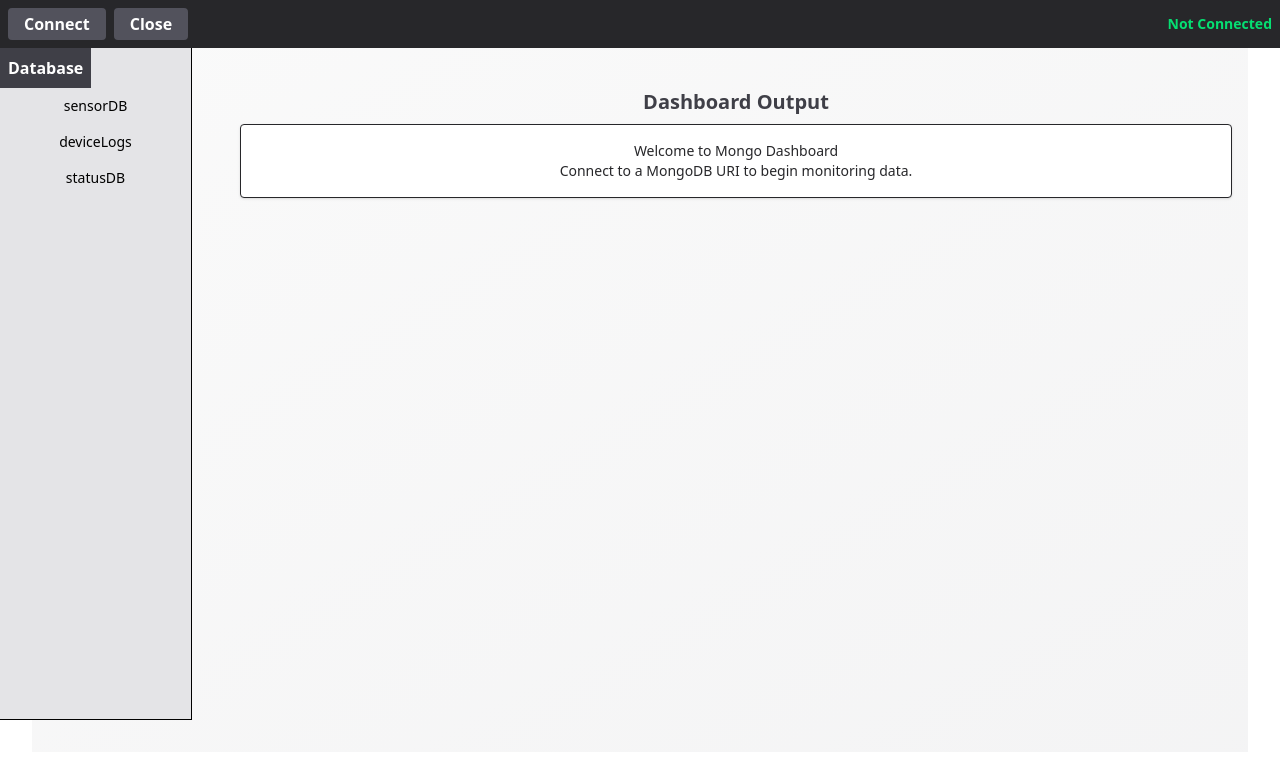
Repository: aryan151pratap/Dashboard
Page: / (app in frontened/)
These files come from the project's save history. The page is drawn as it stood at one moment and after the next save; the edit follows.
The browser window is 1280 px wide. The pictures show the whole page.
The project was rebuilt for these pictures with package versions that can differ from the ones it lists, and the page was loaded fresh each time. Also part of the build but not shown: frontened/vite.config.js, frontened/src/component/connect.jsx.

Above is the page before, as saved 2025-06-24 14:25:16.

### frontened/index.html
<!doctype html>
<html lang="en">
  <head>
    <meta charset="UTF-8" />
    <link rel="icon" type="image/svg+xml" href="/vite.svg" />
    <meta name="viewport" content="width=device-width, initial-scale=1.0" />
    <title>Dashboard</title>
    <script src="https://cdn.jsdelivr.net/npm/@tailwindcss/browser@4"></script>

  </head>
  <body>
    <div id="root"></div>
    <script type="module" src="/src/main.jsx"></script>
  </body>
</html>

### frontened/src/App.jsx
import { useState } from 'react'
import './App.css'
import Dashboard from './component/dashboard'

function App() {

  return (
    <>
    <div className='h-screen w-full'>
      <Dashboard/>
    </div>
    </>
  )
}

export default App

### frontened/src/component/dashboard.jsx
import Bar from "./bar";

function Dashboard(){
	return(
		<>
		<div className="h-full w-full bg-gradient-to-br from-zinc-50 to-zinc-100">
			<Bar/>
		</div>
		</>
	)
}

export default Dashboard;

### frontened/src/component/bar.jsx
import { useState } from "react";
import Connect from "./connect";
import Left_bar from "./left_bar";
import Right_bar from "./right_bar";

function Bar() {
  const [buttons] = useState(["connect", "close"]);
  const [showModal, setShowModal] = useState(false);
  const [uri, setUri] = useState("");
  const [connected, setConnected] = useState(false);

  return (
    <div>
		{/* Top Navbar */}
		<div className="w-full fixed top-0 left-0 flex justify-between items-center p-2 bg-zinc-800 text-white z-10">
			<div className="flex gap-2">
			{buttons.map((i, index) => (
				<button
				key={index}
				onClick={() => i === "connect" && setShowModal(true)}
				className="capitalize font-semibold bg-zinc-600 px-4 py-1 rounded hover:bg-zinc-700"
				>
				{i}
				</button>
			))}
			</div>
			<p className="font-semibold text-green-400 text-sm">
			{connected ? "Connected" : "Not Connected"}
			</p>
		</div>

		<div className="h-screen flex flex-col">

			<Left_bar/>

			<Right_bar/>

		</div>

		{showModal && (
			<Connect
				uri={uri}
				setUri={setUri}
				setConnected={setConnected}
				setShowModal={setShowModal}
			/>
		)}
    </div>
  );
}

export default Bar;

### frontened/src/component/left_bar.jsx
import { useState } from "react";
import clusterData from "../data/clusterData";

function Left_bar(){
	const [current_database, setCurrent_database] = useState(null);

	const handle_current_database = function(i){
		setCurrent_database(i);
	}
	return(
		<>
		<div className="shrink-0 h-fit sm:h-full w-full pt-12 sm:w-48 bg-zinc-200 sm:fixed left-0 top-0 border-b sm:border-r">

			<div className="flex flex-row">
				<button className={`sm:text-center font-bold px-2 py-2 ${current_database === null ? 'text-white bg-zinc-700' : 'text-zinc-700'}`}
				onClick={() => setCurrent_database(null)}
				>
					Database
				</button>

				{current_database &&
					<button className={`sm:text-center font-bold px-4 py-2 ${current_database !== null ? 'text-white bg-zinc-700' : 'text-zinc-700'}`}>{current_database.name}</button>
				}
			</div>


			<ul className="px-4 text-sm flex sm:flex-col flex-row gap-4 py-2">
			{current_database ?
			<>
				{current_database.collections.map((i, index) => (
					<li className="hover:underline cursor-pointer"
					// onClick={() => handle_current_database(i)}
					>
						{i}
					</li>
				))}
			</>
			:
			<>
				{clusterData.databases.map((i, index) => (
					<li className="hover:underline cursor-pointer"
					onClick={() => handle_current_database(i)}
					>
						{i.name}
					</li>
				))}
			</>
			}
			</ul>
		</div>
		</>
	)
}

export default Left_bar;

### frontened/src/component/right_bar.jsx
function Right_bar(){
	return(
		<>
		<div className="sm:ml-48 pt-14 p-4">
			<h1 className="text-xl font-bold mb-2 text-zinc-700">Dashboard Output</h1>
			<div className="bg-white p-4 border rounded shadow text-sm text-zinc-800">
			<p>Welcome to Mongo Dashboard</p>
			<p>Connect to a MongoDB URI to begin monitoring data.</p>
			</div>
		</div>
		</>
	)
}

export default Right_bar;

### frontened/src/data/clusterData.js
const clusterData = {
  name: "iotCluster",
  uri: "mongodb+srv://admin:pass@iotcluster.mongodb.net", // optional metadata
  databases: [
    {
      name: "sensorDB",
      collections: ["temperature", "humidity", "pressure"]
    },
    {
      name: "deviceLogs",
      collections: ["bootLogs", "errorLogs", "runtimeStats"]
    },
    {
      name: "statusDB",
      collections: ["uptime", "statusHistory", "batteryHealth"]
    }
  ]
};

export default clusterData;

Loaded but not shown: frontened/src/main.jsx (common file); frontened/src/App.css (common file)

After the next save:
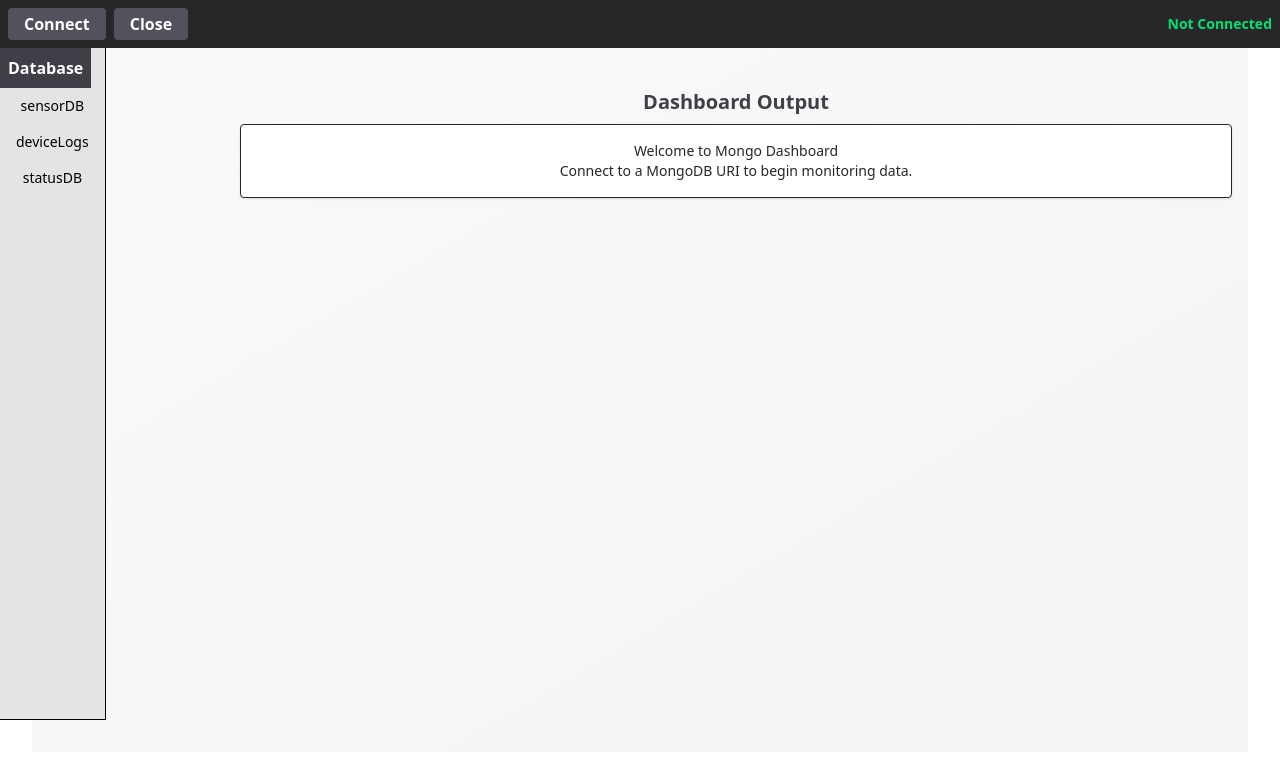
Saved 35 s later.
--- a/frontened/src/component/left_bar.jsx
+++ b/frontened/src/component/left_bar.jsx
@@ -9,7 +9,7 @@ function Left_bar(){
 	}
 	return(
 		<>
-		<div className="shrink-0 h-fit sm:h-full w-full pt-12 sm:w-48 bg-zinc-200 sm:fixed left-0 top-0 border-b sm:border-r">
+		<div className="shrink-0 h-fit sm:h-full w-full pt-12 sm:w-fit bg-zinc-200 sm:fixed left-0 top-0 border-b sm:border-r">
 
 			<div className="flex flex-row">
 				<button className={`sm:text-center font-bold px-2 py-2 ${current_database === null ? 'text-white bg-zinc-700' : 'text-zinc-700'}`}
